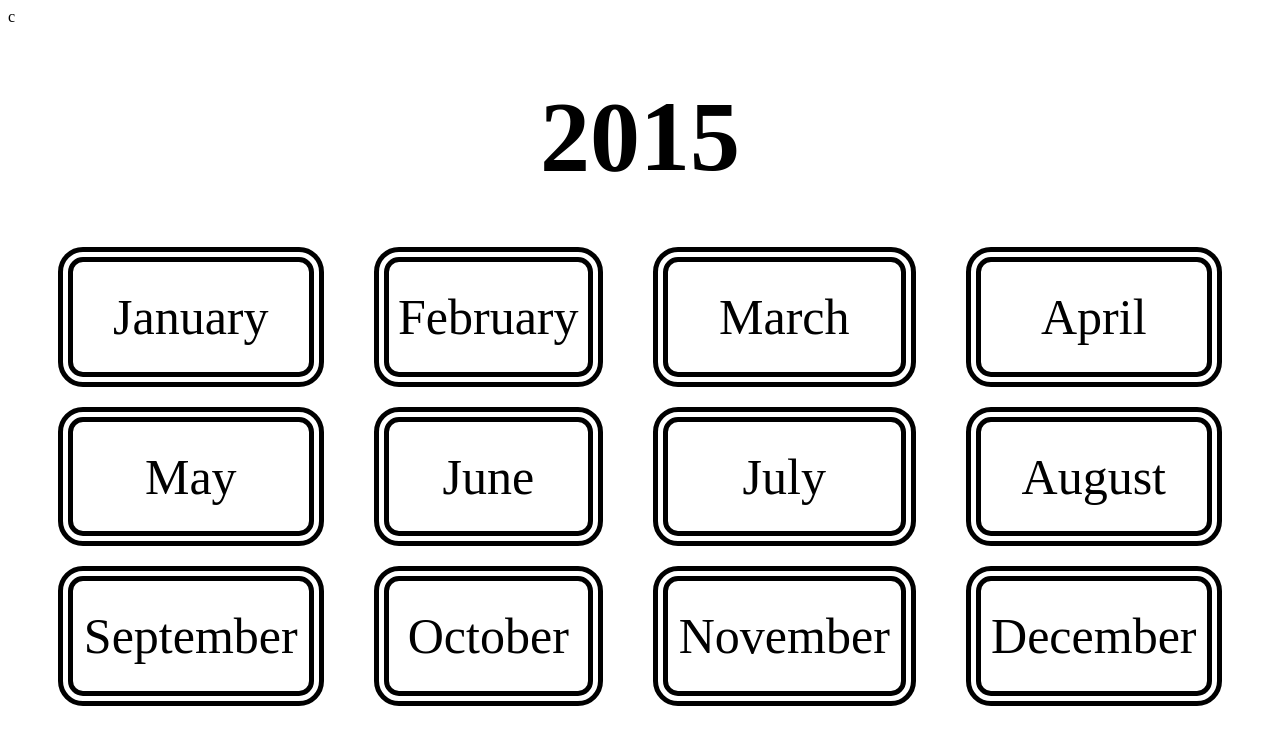
Repository: shleewhite/missionBitCalendar
Page: views/index.html
The author's editor kept a record of every edit. The page is drawn from the files as they stood at one moment, then again after the next edit.
The browser window is 1280 px wide. The pictures show the whole page.
Some web libraries are served in a nearby version.

Above is the page before.

### views/index.html
<!DOCTYPE html>
<html>
    <link href='http://fonts.googleapis.com/css?family=Lobster' rel='stylesheet' type='text/css'>
    <link rel="stylesheet" type="text/css" href="main.css">
    <head>
        <script type="text/javascript" src="https://code.jquery.com/jquery-1.11.2.min.js"></script>
        <script type="text/javascript" src="behavior.js"></script>
    </head>
    <body>
        <table>
            <tr>
                <th id="year" colspan="4">2015</th>
            </tr
            <tr>
                <td class="month" data-month-name="jan">January</td>
                <td class="month" data-month-name="feb">February</td>
                <td class="month" data-month-name="mar">March</td>
                <td class="month" data-month-name="apr">April</td>
            </tr>
            <tr>c
                <td class="month" data-month-name="may">May</td>
                <td class="month" data-month-name="jun">June</td>
                <td class="month" data-month-name="jul">July</td>
                <td class="month" data-month-name="aug">August</td>
            </tr>
            <tr>
                <td class="month" data-month-name="sep">September</td>
                <td class="month" data-month-name="oct">October</td>
                <td class="month" data-month-name="nov">November</td>
                <td class="month" data-month-name="dec">December</td>
            </tr>
        </table>
    </body>
</html>

### views/main.css
table {
    text-align: center;
    font-size: 50px;
    width: 100%;
    height: 700px;
    border-spacing: 50px 20px;

}
table th {
    text-align: center;
}
#year{
    /*font-family: 'Lobster', cursive;*/
    font-size: 100px;
}
.month{
    border-collapse: separate;
    border-color: #000000;
    border-radius: 25px;
    border-style: double;

    border-top-width: 15px;
    border-bottom-width: 15px;
    border-left-width: 15px;
    border-right-width: 15px;
    cursor: pointer;
}
.monthHeader {
    font-size: 75px;
    border-style: none;
}
.weekday {
    font-size: 50px;
    border-style: solid;
    border-radius: 25px;
}
#monthTable {
    border-spacing: 0px;
    border-color: #000000;
    border-radius: 25px;
    cursor: pointer;
    padding: 0px;
}
.days {
    font-size: 20px;
    text-align: left;
    border-style: double;
}
.noOne {
    text-align: center;
}
.nextMonth {
    color: #9C9C9C;
}

### views/behavior.js

(function () {

    function onMonthClick(event) {
        var target = $(event.target);
        var x = target.data('monthName');
        document.location.href= x + '.html';
    }

    $(document).on('click', '.month', onMonthClick);

}());

After the next edit:
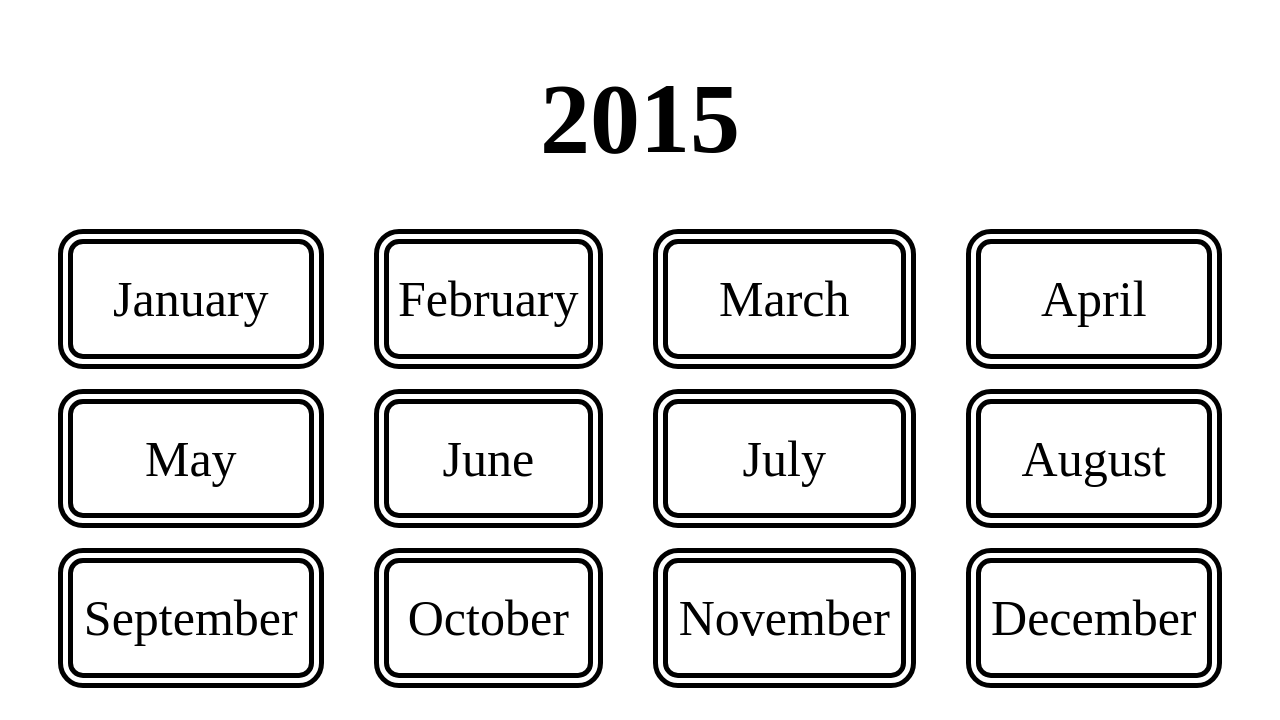
The edit:
--- a/views/index.html
+++ b/views/index.html
@@ -17,7 +17,7 @@
                 <td class="month" data-month-name="mar">March</td>
                 <td class="month" data-month-name="apr">April</td>
             </tr>
-            <tr>c
+            <tr>
                 <td class="month" data-month-name="may">May</td>
                 <td class="month" data-month-name="jun">June</td>
                 <td class="month" data-month-name="jul">July</td>
